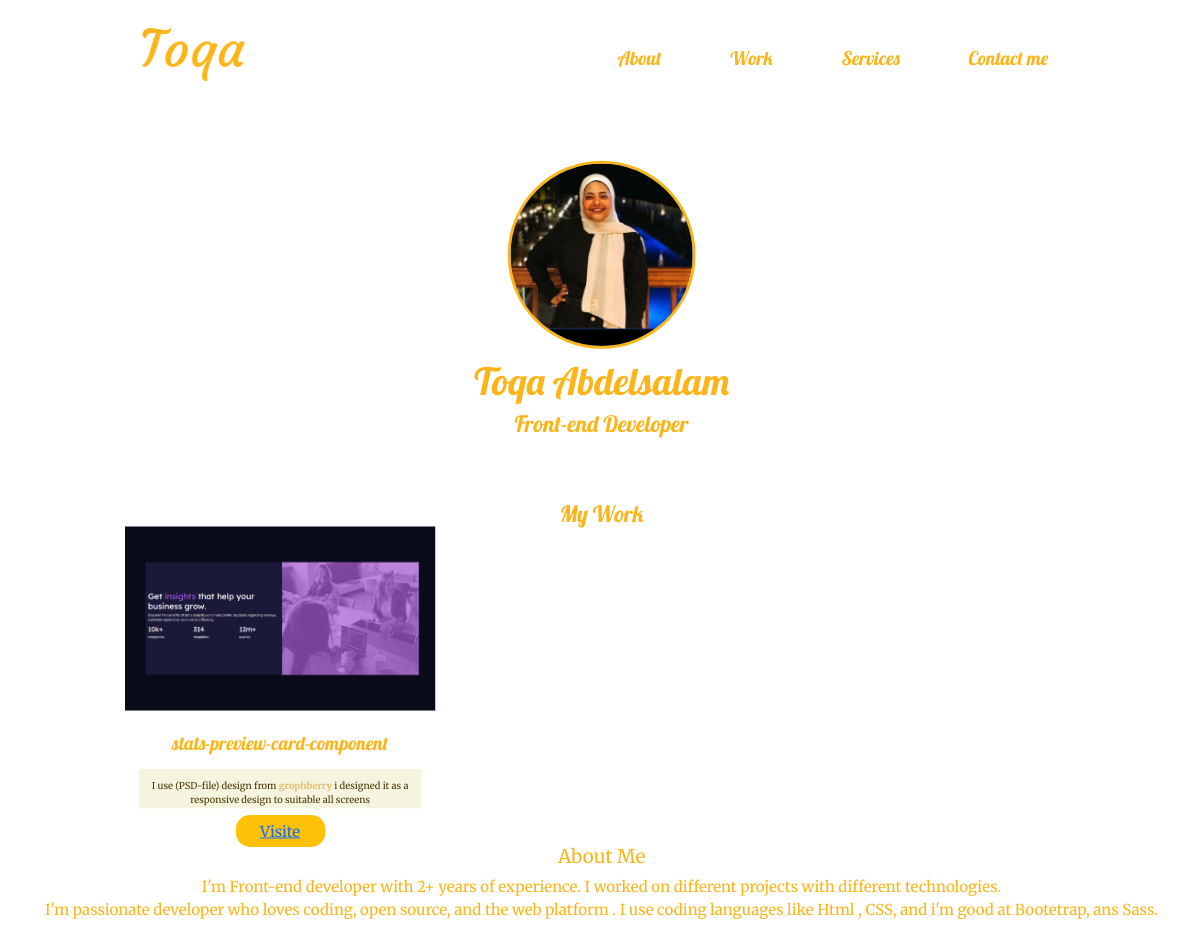
Repository: Toqa-25/portfolio
Page: index.html
The author's editor kept a copy of each file at every save. The page is drawn from the files as they stood at one save, then again after the next save.
The browser window is 1280 px wide. The pictures show the whole page, at 94% of full size.
The pointer rests on the first visible `.card-img img`.
Some web fonts or font styles are not loaded; a fallback is used.

Above is the page before, as saved 2021-10-31 19:33:41.

After the next save:
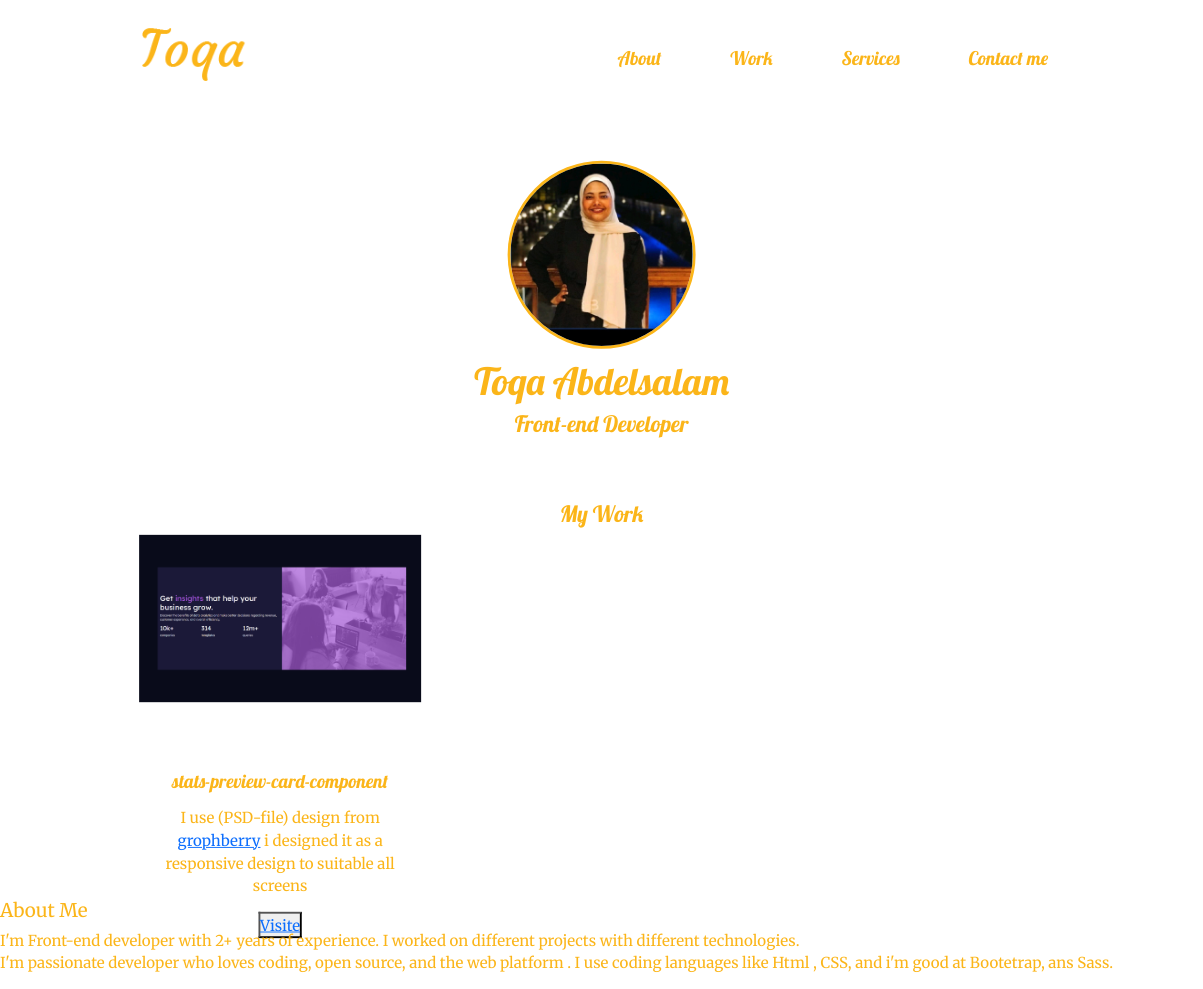
Saved 6 s later.
--- a/css/style.css
+++ b/css/style.css
@@ -175,14 +175,7 @@ body{
  }
  .card-title{
 
- }
- .card-img img:hover{
-   transform: scale(1.1);
-   -webkit-transform: scale(1.1);
-   -moz-transform: scale(1.1);
-   -ms-transform: scale(1.1);
-   -o-transform: scale(1.1);
-}
+
 .card-info-text{
     margin-bottom: 1rem;
     background-color: black;
